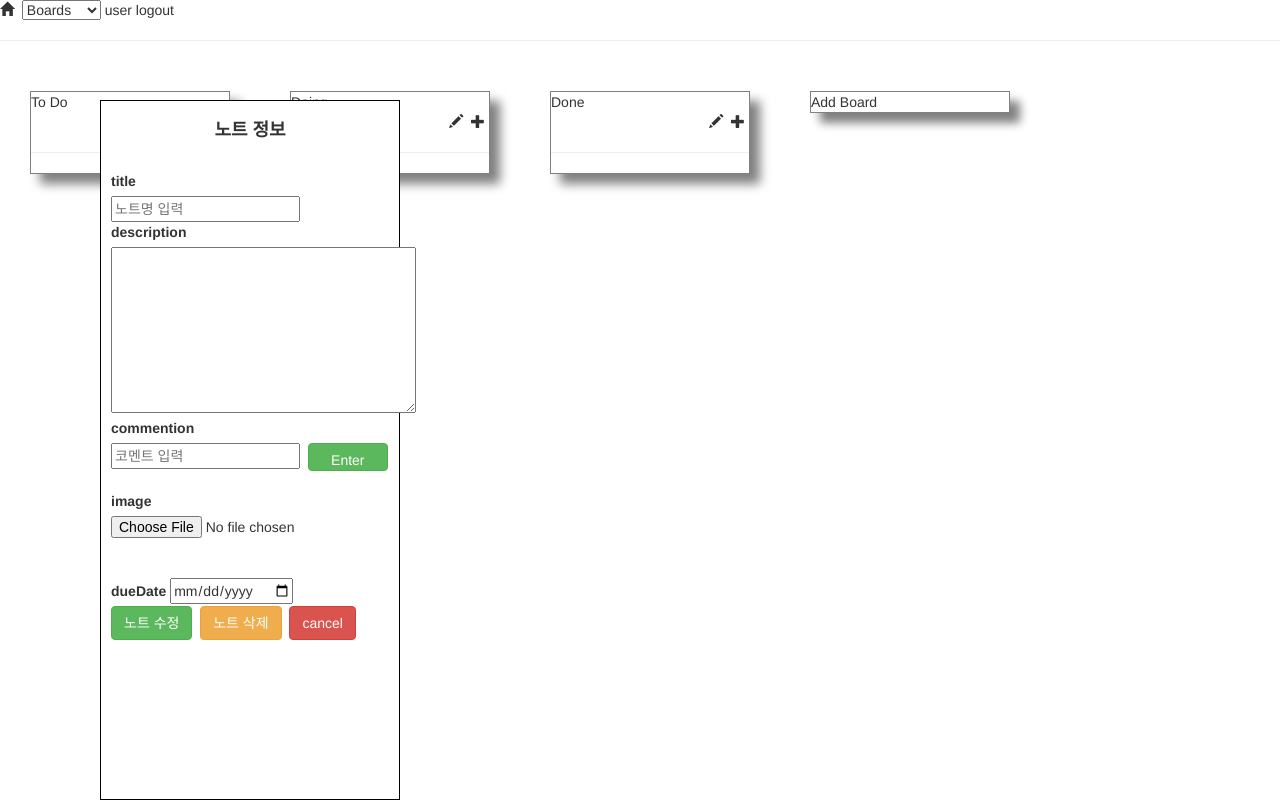
Repository: KIM-KYOUNG-OH/bitcamp-window
Page: Note/WebContent/front/note.html
The author's editor kept a copy of each file at every save. The page is drawn from the files as they stood at one save, then again after the next save.
The browser window is 1280 px wide. The pictures show the whole page.

Above is the page before, as saved 2020-10-30 07:38:16.
Console error: SyntaxError: Unexpected token '}'

After the next save:
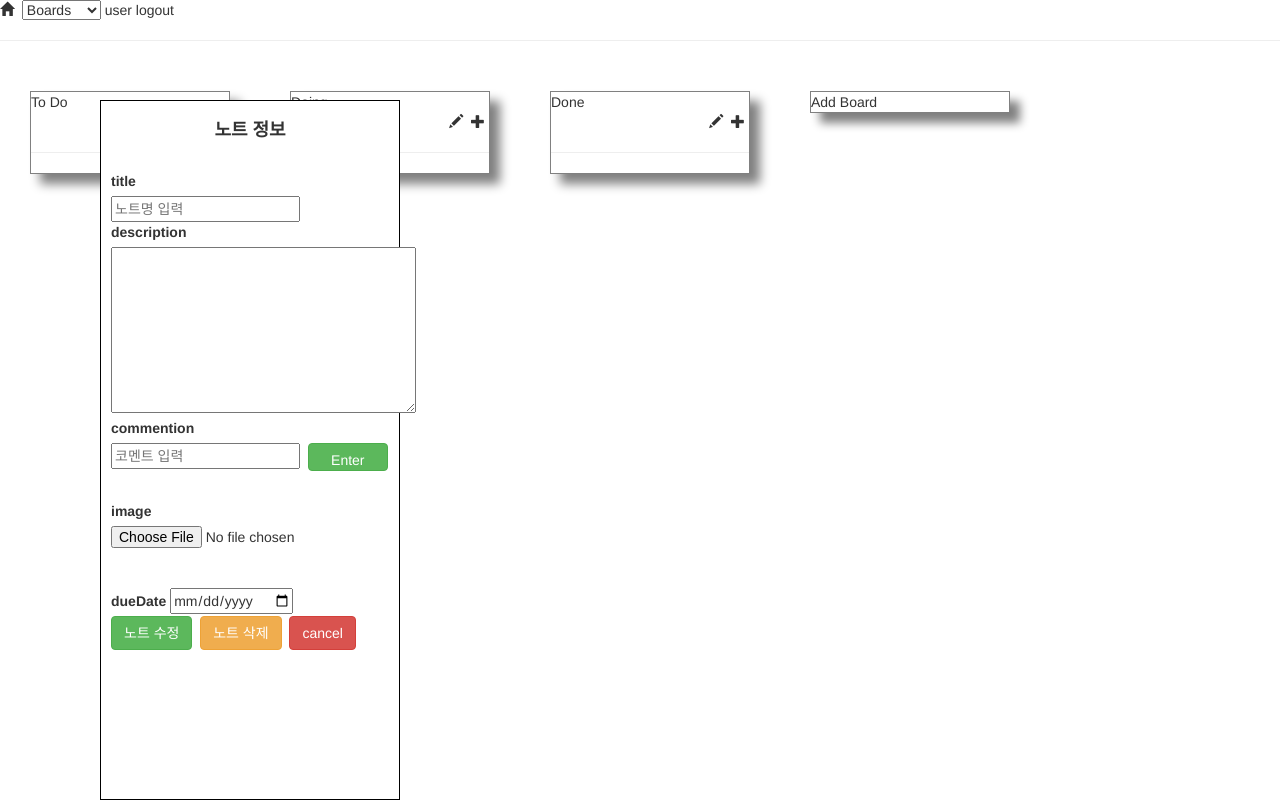
Saved 5 min 54 s later.
--- a/Note/WebContent/front/note.html
+++ b/Note/WebContent/front/note.html
@@ -173,7 +173,8 @@
 		if (key.keyCode == 13){
 			var a = localStorage['email'].val().split('@');
 			var name = a[0];
-			var s = name + ">> " +$("#up_input_comment").val();
+			var s = "<li><div class='sender'><span>"
+			s += name + "" +$("#up_input_comment").val();
 			$("#up_input_comment").val('');
 			$("#up_comment").
 		}
@@ -268,7 +269,7 @@
 		<label>commention</label><br>
 		<input type="text" id="up_input_comment" placeholder="코멘트 입력">
 		&nbsp;<button type="button" id='chat' class="btn btn-success" style="height: 28px; width: 80px; ">Enter</button><br>
-		<div id="up_comment"></div><br>
+		<div id="up_comment"><ul></ul></div><br>
 		<label>image</label>
 		<input type="file" accept="image/*" id="up_image"><br>
 		<img id = "up_showimg" style="width:140px;"><br>

After the save that followed:
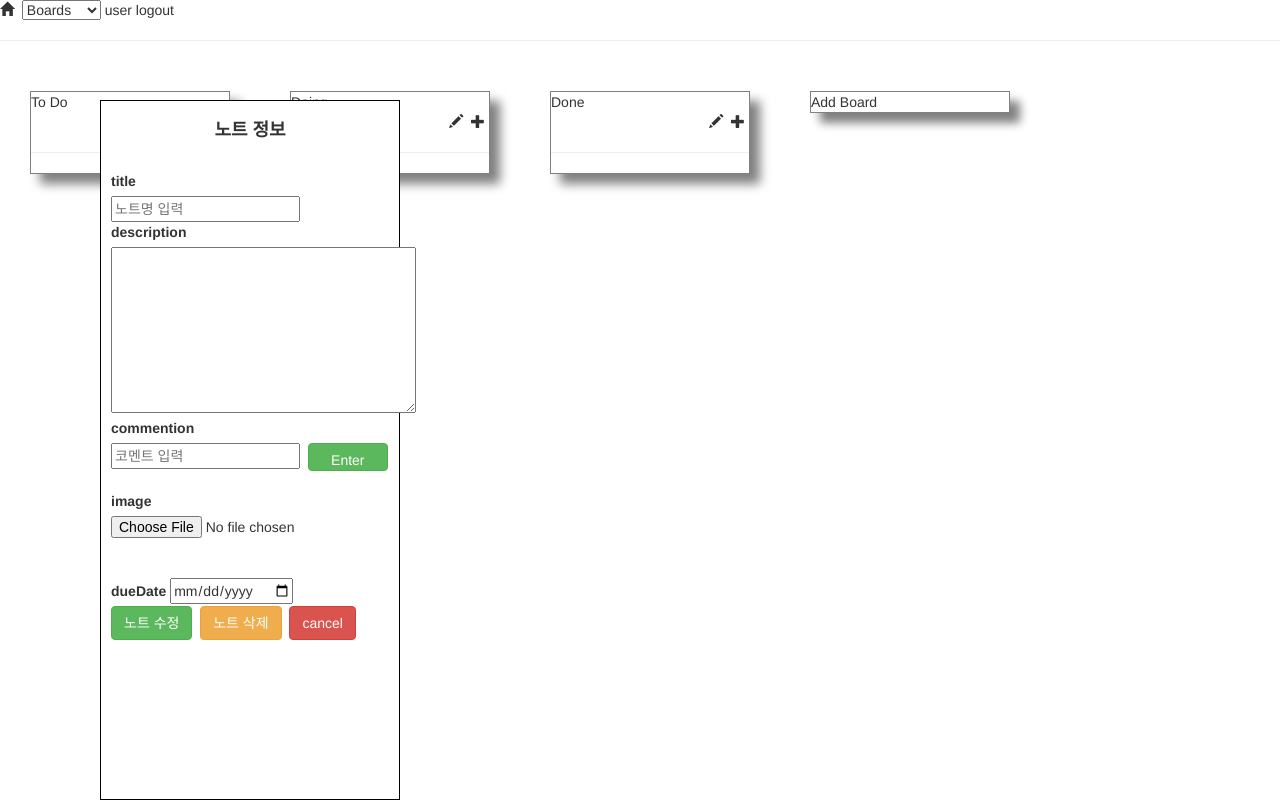
Saved 2 min 29 s later.
--- a/Note/WebContent/front/note.html
+++ b/Note/WebContent/front/note.html
@@ -173,8 +173,7 @@
 		if (key.keyCode == 13){
 			var a = localStorage['email'].val().split('@');
 			var name = a[0];
-			var s = "<li><div class='sender'><span>"
-			s += name + "" +$("#up_input_comment").val();
+			var s = name + ">><br>" +$("#up_input_comment").val();
 			$("#up_input_comment").val('');
 			$("#up_comment").
 		}
@@ -269,7 +268,7 @@
 		<label>commention</label><br>
 		<input type="text" id="up_input_comment" placeholder="코멘트 입력">
 		&nbsp;<button type="button" id='chat' class="btn btn-success" style="height: 28px; width: 80px; ">Enter</button><br>
-		<div id="up_comment"><ul></ul></div><br>
+		<div id="up_comment"></div><br>
 		<label>image</label>
 		<input type="file" accept="image/*" id="up_image"><br>
 		<img id = "up_showimg" style="width:140px;"><br>
